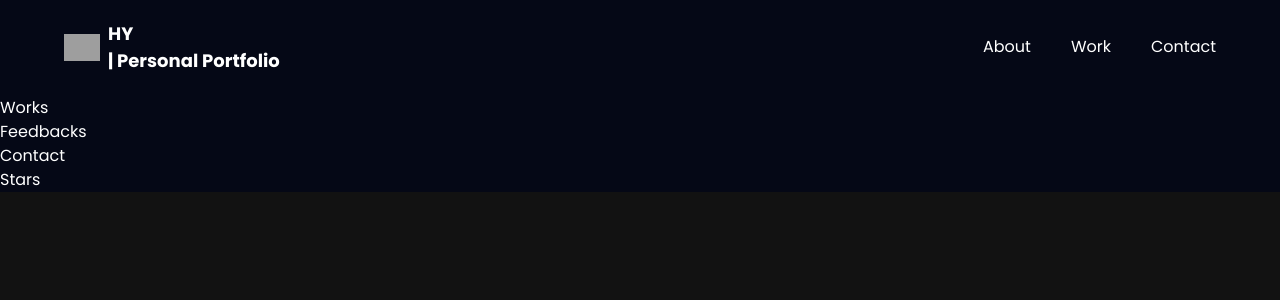
Repository: huiyyee/3d_portfolio
Page: /
An editor plug-in stored every save of this project. The page is shown before and after a run of saves, followed by the edit.
The browser window is 1280 px wide. The pictures show the whole page.
Pictures or frames that could not be fetched are drawn as grey boxes. The project was rebuilt for these pictures with package versions that can differ from the ones it lists, and the page was loaded fresh each time. Also part of the build but not shown: vite.config.js, src/components/canvas/Earth.jsx, src/components/canvas/Ball.jsx, src/components/canvas/Computers.jsx.

Above is the page before, as saved 2024-09-26 18:49:45.

### index.html
<!doctype html>
<html lang="en">
  <head>
    <meta charset="UTF-8" />
    <link rel="icon" type="image/svg+xml" href="/vite.svg" />
    <meta name="viewport" content="width=device-width, initial-scale=1.0" />
    <title>HY | Portfolio</title>
  </head>
  <body>
    <div id="root"></div>
    <script type="module" src="/src/main.jsx"></script>
  </body>
</html>

### src/App.jsx
import { BrowserRouter } from "react-router-dom" //used for routing
import { About, Contact, Experience, Feedbacks,
  Hero, Navbar, Tech, Works, StarsCanvas } from './components';

const App = () => {
  return (
    <BrowserRouter>
      <div className="relative z-0 bg-primary">
        <div className="bg-hero-pattern bg-cover bg-no-repeat bg-center">
          <Navbar/>
          <Hero/>
        </div>
        <About/>
        <Experience/>
        <Tech/>
        <Works/>
        <Feedbacks/>
        <div className="relative z-0">
          <Contact/>
          <StarsCanvas />
        </div>
      </div>
    </BrowserRouter>

  )
}

export default App

### src/components/Navbar.jsx
import React, { useEffect, useState} from 'react'
import { Link } from 'react-router-dom'//use to navigate to other parts of the pages
import { styles } from './styles';
import { navLinks } from '../constants';
import { logo, menu, close} from '../assets';

const Navbar = () => {
  const [active,setActive] = useState('')
  return (
    <nav
      className={`${styles.paddingX} w-full flex
      items-center py-5 fixed top-0 z-20 bg-primary`}
    >
      <div className="w-full flex
      justify-between items-center max-w-7xl mx-auto">
        <Link
          to = "/"
          className="flex items-center gap-2"
          onClick={() => {
            setActive("");
            window.scrollTo(0, 0);
          }}
        >
          <img src={logo} alt="Logo" className="w-9 h-9 object-contain"
            style={{ maxWidth: '150px', maxHeight: '150px' }}

          />
          <p className="text-white text-[18px] font-bold cursor-pointer">HY <span className="sm:block hidden">| Personal Portfolio</span> </p>
        </Link>
        <ul className="list-none hidden sm:flex
        flex-row gap-10">
          {navLinks.map((Link)=>(
          <li
            key={Link.id}
            className={`${
              active === Link.id? styles.active : ''
            }`}
          >
            <a href={`#${Link.id}`}>{Link.title}</a>
          </li>

          ))}
        </ul>

      </div>
    </nav>
  )
}

export default Navbar

### src/components/styles.js
const styles = {
    paddingX: "sm:px-16 px-6",
    paddingY: "sm:py-16 py-6",
    padding: "sm:px-16 px-6 sm:py-16 py-10",

    heroHeadText:
        "font-black text-white lg:text-[80px] sm:text-[60px] xs:text-[50px] text-[40px] lg:leading-[98px] mt-2",
    heroSubText:
        "text-[#dfd9ff] font-medium lg:text-[30px] sm:text-[26px] xs:text-[20px] text-[16px] lg:leading-[40px]",

    sectionHeadText:
        "text-white font-black md:text-[60px] sm:text-[50px] xs:text-[40px] text-[30px]",
    sectionSubText:
        "sm:text-[18px] text-[14px] text-secondary uppercase tracking-wider",
    };

export { styles };

### src/constants/index.js
import {
    mobile,
    backend,
    creator,
    web,
    javascript,
    typescript,
    html,
    css,
    reactjs,
    redux,
    tailwind,
    nodejs,
    mongodb,
    git,
    figma,
    docker,
    meta,
    starbucks,
    tesla,
    shopify,
    carrent,
    jobit,
    tripguide,
    threejs,
  } from "../assets";

  export const navLinks = [
    {
      id: "about",
      title: "About",
    },
    {
      id: "work",
      title: "Work",
    },
    {
      id: "contact",
      title: "Contact",
    },
  ];

  const services = [
    {
      title: "Web Developer",
      icon: web,
    },
    {
      title: "React Native Developer",
      icon: mobile,
    },
    {
      title: "Backend Developer",
      icon: backend,
    },
    {
      title: "Content Creator",
      icon: creator,
    },
  ];

  const technologies = [
    {
      name: "HTML 5",
      icon: html,
    },
    {
      name: "CSS 3",
      icon: css,
    },
    {
      name: "JavaScript",
      icon: javascript,
    },
    {
      name: "TypeScript",
      icon: typescript,
    },
    {
      name: "React JS",
      icon: reactjs,
    },
    {
      name: "Redux Toolkit",
      icon: redux,
    },
    {
      name: "Tailwind CSS",
      icon: tailwind,
    },
    {
      name: "Node JS",
      icon: nodejs,
    },
    {
      name: "MongoDB",
      icon: mongodb,
    },
    {
      name: "Three JS",
      icon: threejs,
    },
    {
      name: "git",
      icon: git,
    },
    {
      name: "figma",
      icon: figma,
    },
    {
      name: "docker",
      icon: docker,
    },
  ];

  const experiences = [
    {
      title: "React.js Developer",
      company_name: "Starbucks",
      icon: starbucks,
      iconBg: "#383E56",
      date: "March 2020 - April 2021",
      points: [
        "Developing and maintaining web applications using React.js and other related technologies.",
        "Collaborating with cross-functional teams including designers, product managers, and other developers to create high-quality products.",
        "Implementing responsive design and ensuring cross-browser compatibility.",
        "Participating in code reviews and providing constructive feedback to other developers.",
      ],
    },
    {
      title: "React Native Developer",
      company_name: "Tesla",
      icon: tesla,
      iconBg: "#E6DEDD",
      date: "Jan 2021 - Feb 2022",
      points: [
        "Developing and maintaining web applications using React.js and other related technologies.",
        "Collaborating with cross-functional teams including designers, product managers, and other developers to create high-quality products.",
        "Implementing responsive design and ensuring cross-browser compatibility.",
        "Participating in code reviews and providing constructive feedback to other developers.",
      ],
    },
    {
      title: "Web Developer",
      company_name: "Shopify",
      icon: shopify,
      iconBg: "#383E56",
      date: "Jan 2022 - Jan 2023",
      points: [
        "Developing and maintaining web applications using React.js and other related technologies.",
        "Collaborating with cross-functional teams including designers, product managers, and other developers to create high-quality products.",
        "Implementing responsive design and ensuring cross-browser compatibility.",
        "Participating in code reviews and providing constructive feedback to other developers.",
      ],
    },
    {
      title: "Full stack Developer",
      company_name: "Meta",
      icon: meta,
      iconBg: "#E6DEDD",
      date: "Jan 2023 - Present",
      points: [
        "Developing and maintaining web applications using React.js and other related technologies.",
        "Collaborating with cross-functional teams including designers, product managers, and other developers to create high-quality products.",
        "Implementing responsive design and ensuring cross-browser compatibility.",
        "Participating in code reviews and providing constructive feedback to other developers.",
      ],
    },
  ];

  const testimonials = [
    {
      testimonial:
        "I thought it was impossible to make a website as beautiful as our product, but Rick proved me wrong.",
      name: "Sara Lee",
      designation: "CFO",
      company: "Acme Co",
      image: "https://randomuser.me/api/portraits/women/4.jpg",
    },
    {
      testimonial:
        "I've never met a web developer who truly cares about their clients' success like Rick does.",
      name: "Chris Brown",
      designation: "COO",
      company: "DEF Corp",
      image: "https://randomuser.me/api/portraits/men/5.jpg",
    },
    {
      testimonial:
        "After Rick optimized our website, our traffic increased by 50%. We can't thank them enough!",
      name: "Lisa Wang",
      designation: "CTO",
      company: "456 Enterprises",
      image: "https://randomuser.me/api/portraits/women/6.jpg",
    },
  ];

  const projects = [
    {
      name: "Car Rent",
      description:
        "Web-based platform that allows users to search, book, and manage car rentals from various providers, providing a convenient and efficient solution for transportation needs.",
      tags: [
        {
          name: "react",
          color: "blue-text-gradient",
        },
        {
          name: "mongodb",
          color: "green-text-gradient",
        },
        {
          name: "tailwind",
          color: "pink-text-gradient",
        },
      ],
      image: carrent,
      source_code_link: "https://github.com/",
    },
    {
      name: "Job IT",
      description:
        "Web application that enables users to search for job openings, view estimated salary ranges for positions, and locate available jobs based on their current location.",
      tags: [
        {
          name: "react",
          color: "blue-text-gradient",
        },
        {
          name: "restapi",
          color: "green-text-gradient",
        },
        {
          name: "scss",
          color: "pink-text-gradient",
        },
      ],
      image: jobit,
      source_code_link: "https://github.com/",
    },
    {
      name: "Trip Guide",
      description:
        "A comprehensive travel booking platform that allows users to book flights, hotels, and rental cars, and offers curated recommendations for popular destinations.",
      tags: [
        {
          name: "nextjs",
          color: "blue-text-gradient",
        },
        {
          name: "supabase",
          color: "green-text-gradient",
        },
        {
          name: "css",
          color: "pink-text-gradient",
        },
      ],
      image: tripguide,
      source_code_link: "https://github.com/",
    },
  ];

  export { services, technologies, experiences, testimonials, projects };

### src/assets/index.js
import logo from "/Users/huiyee/Downloads/9-high-resolution-logo-white.png";
import backend from "./backend.png";
import creator from "./creator.png";
import mobile from "./mobile.png";
import web from "./web.png";
import github from "./github.png";
import menu from "./menu.svg";
import close from "./close.svg";

import css from "./tech/css.png";
import docker from "./tech/docker.png";
import figma from "./tech/figma.png";
import git from "./tech/git.png";
import html from "./tech/html.png";
import javascript from "./tech/javascript.png";
import mongodb from "./tech/mongodb.png";
import nodejs from "./tech/nodejs.png";
import reactjs from "./tech/reactjs.png";
import redux from "./tech/redux.png";
import tailwind from "./tech/tailwind.png";
import typescript from "./tech/typescript.png";
import threejs from "./tech/threejs.svg";

import meta from "./company/meta.png";
import shopify from "./company/shopify.png";
import starbucks from "./company/starbucks.png";
import tesla from "./company/tesla.png";

import carrent from "./carrent.png";
import jobit from "./jobit.png";
import tripguide from "./tripguide.png";

export {
  logo,
  backend,
  creator,
  mobile,
  web,
  github,
  menu,
  close,
  css,
  docker,
  figma,
  git,
  html,
  javascript,
  mongodb,
  nodejs,
  reactjs,
  redux,
  tailwind,
  typescript,
  threejs,
  meta,
  shopify,
  starbucks,
  tesla,
  carrent,
  jobit,
  tripguide,
};

Loaded but not shown: src/main.jsx (common file); src/index.css (common file); src/components/index.js (common file); src/components/canvas/index.js (common file); src/components/Hero.jsx (common file); src/components/About.jsx (common file); src/components/Tech.jsx (common file); src/components/Experience.jsx (common file); src/components/Works.jsx (common file); src/components/Feedbacks.jsx (common file); src/components/Contact.jsx (common file); src/components/canvas/Stars.jsx (common file); tailwind.config.js (common file)

After the next 9 saves:
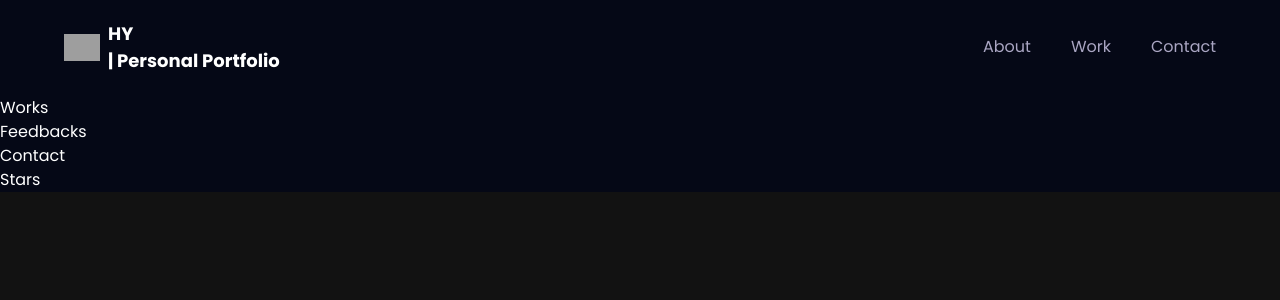
The 9 saves are shown as one change because 1 did not build or start and some came seconds apart.
The last was saved 26 s later.
--- a/src/components/Navbar.jsx
+++ b/src/components/Navbar.jsx
@@ -33,7 +33,9 @@
           <li
             key={Link.id}
             className={`${
-              active === Link.id? styles.active : ''
+              active === Link.title
+                ?"text-white"
+                : "text-secondary"
             }`}
           >
             <a href={`#${Link.id}`}>{Link.title}</a>

After the save that followed:
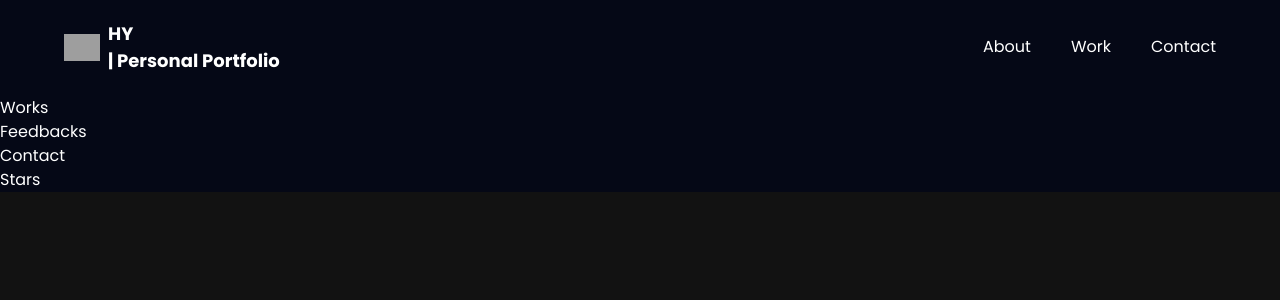
Saved 19 s later.
--- a/src/components/Navbar.jsx
+++ b/src/components/Navbar.jsx
@@ -36,7 +36,7 @@
               active === Link.title
                 ?"text-white"
                 : "text-secondary"
-            }`}
+            }hover={active === Link.`}
           >
             <a href={`#${Link.id}`}>{Link.title}</a>
           </li>
